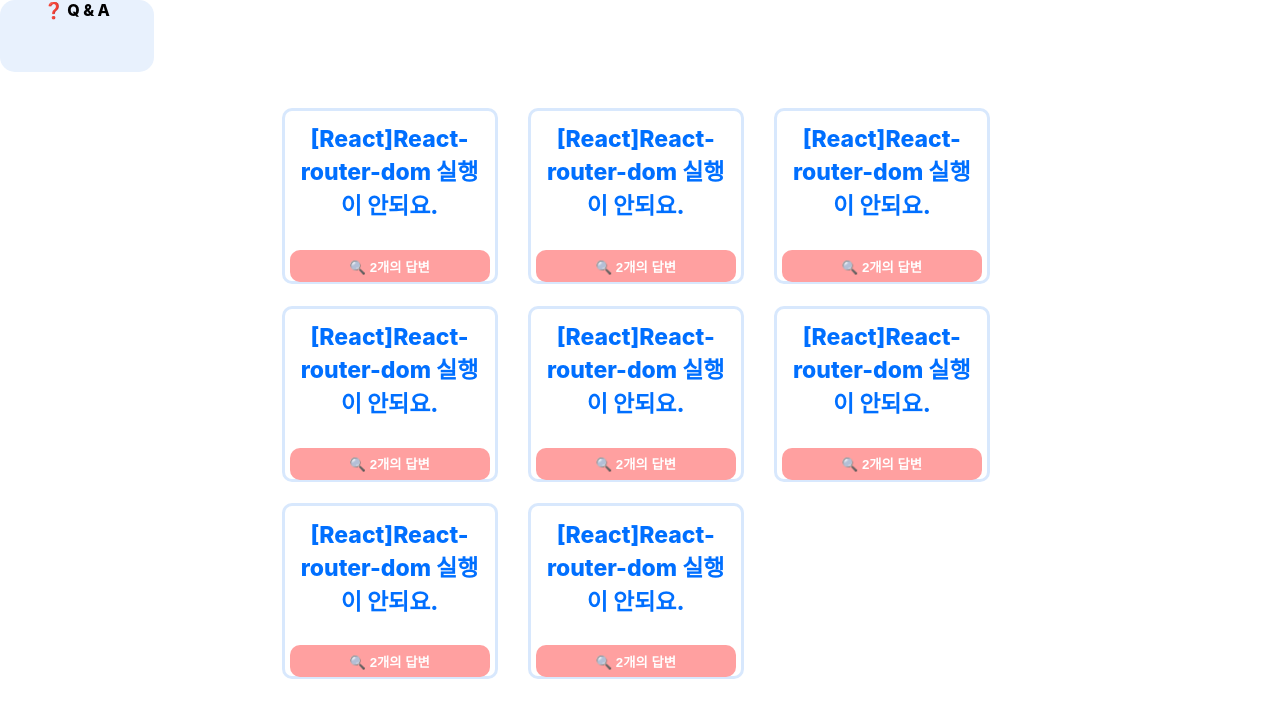
Repository: TeamCosine/Front
Page: /Qna
An editor plug-in stored every save of this project. The page is shown before and after a run of saves, followed by the edit.
The browser window is 1280 px wide. The pictures show the whole page.
The project was rebuilt for these pictures with package versions that can differ from the ones it lists, and the page was loaded fresh each time. Also part of the build but not shown: src/components/home/Card.js, src/pages/Home.js, src/pages/Profile.js, src/pages/Login.js, src/components/MyInfo/Card.js, src/pages/MyInfo.js, src/pages/Write.js, src/pages/Invite.js.

Above is the page before, as saved 2023-07-22 23:11:47.

After the next 3 saves:
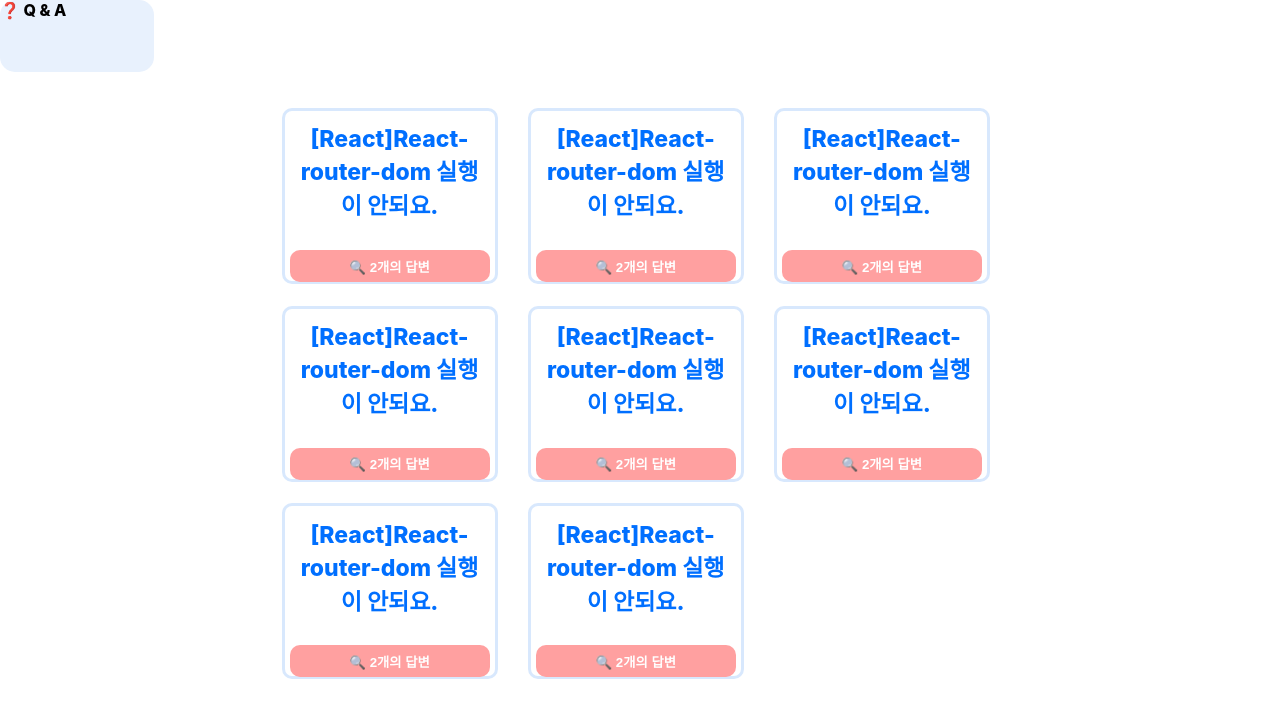
The 3 saves are shown as one change because they came seconds apart.
The last was saved 12 s later.
--- a/src/pages/Qna.js
+++ b/src/pages/Qna.js
@@ -21,7 +21,9 @@
     height : 10vh;
     font-weight : 800;
     text-align: center;
-    justify-content: ;
+    justify-items :center;
+    display: flex;
+    flex
 `;
 
 const Qna =()=>{

After the save that followed:
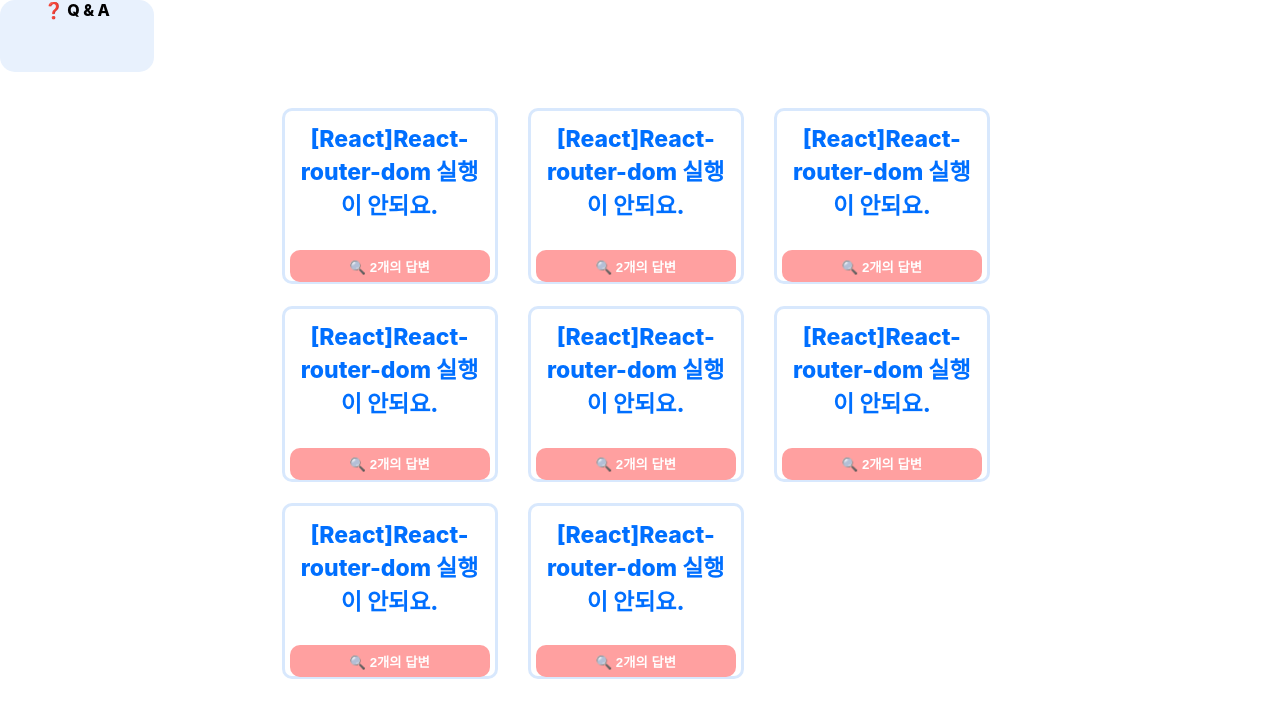
Saved 7 s later.
--- a/src/pages/Qna.js
+++ b/src/pages/Qna.js
@@ -22,8 +22,8 @@
     font-weight : 800;
     text-align: center;
     justify-items :center;
-    display: flex;
-    flex
+    display: flex-wrap;
+
 `;
 
 const Qna =()=>{
